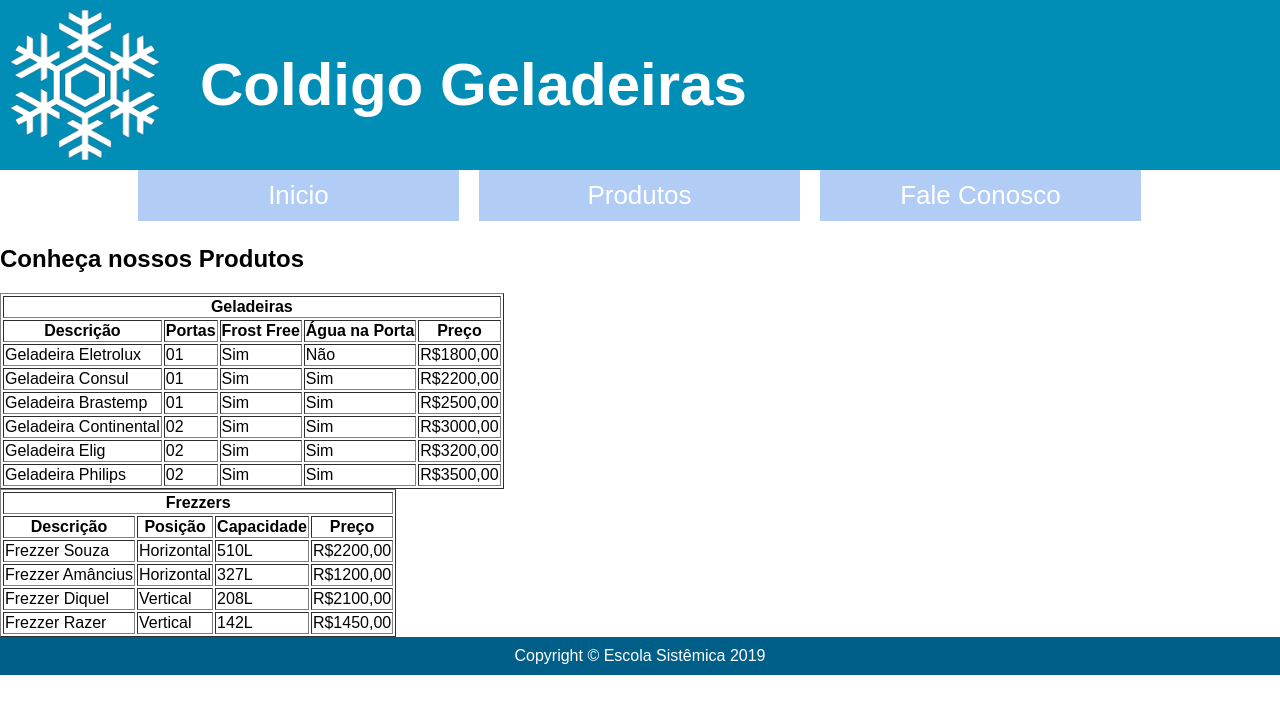
Repository: VandersonCani/Front-End
Page: ProjetoTrilhaWeb/src/main/webapp/WEB-INF/pages/site/produtos.html
These files come from the project's save history. The page is drawn as it stood at one moment and after the next save; the edit follows.
The browser window is 1280 px wide. The pictures show the whole page.

Above is the page before, as saved 2024-05-08 00:35:51.

After the next save:
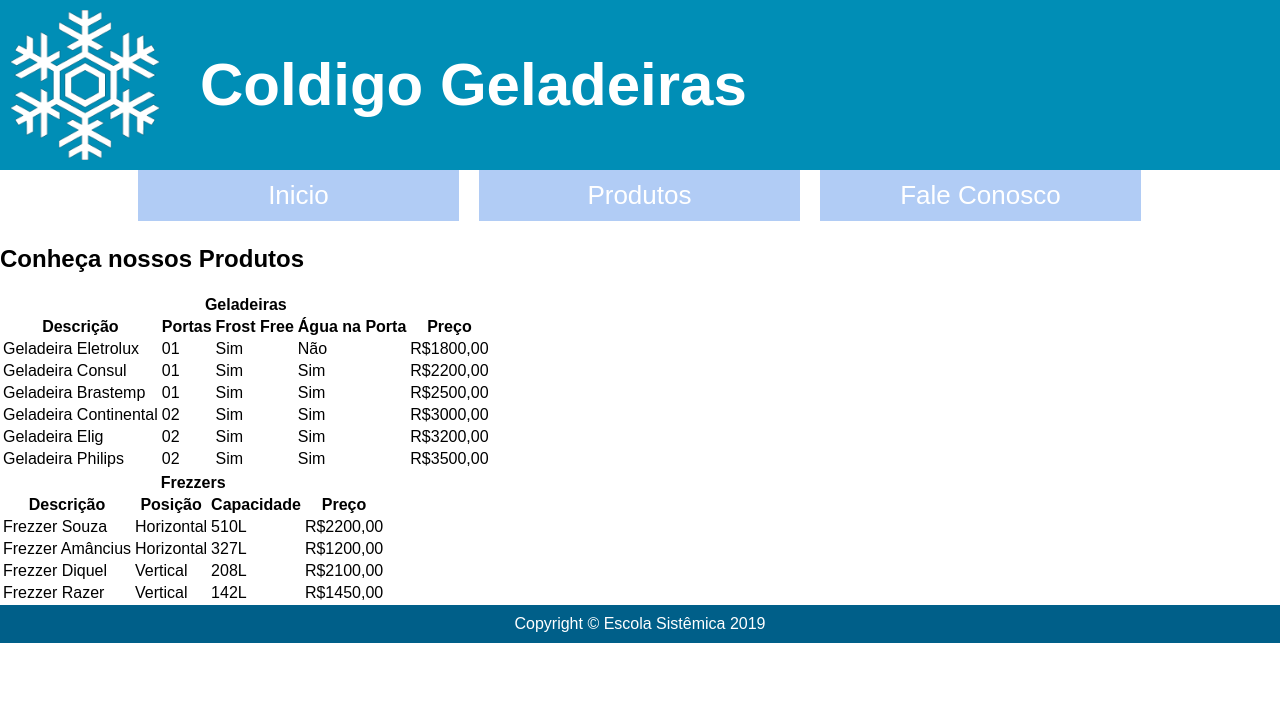
Saved 62 s later.
--- a/ProjetoTrilhaWeb/src/main/webapp/WEB-INF/pages/site/produtos.html
+++ b/ProjetoTrilhaWeb/src/main/webapp/WEB-INF/pages/site/produtos.html
@@ -22,10 +22,10 @@
 	</nav>
 	<section>
 		<h2>Conheça nossos Produtos</h2>
-		<table border= 1>
+		<table class="tabelaProdutos">
 			<thead>
 				<tr>
-					<th colspan="5"> Geladeiras</th>
+					<th colspan="5" class="tituloTabela"> Geladeiras</th>
 				</tr>
 				<tr>
 					<th>Descrição</th>
@@ -80,7 +80,7 @@
 				</tr>
 			</tbody>
 		</table>
-		<table border= 1>
+		<table class="tabelaProdutos">
 			<thead>
 				<tr>
 					<th colspan="5"> Frezzers</th>
